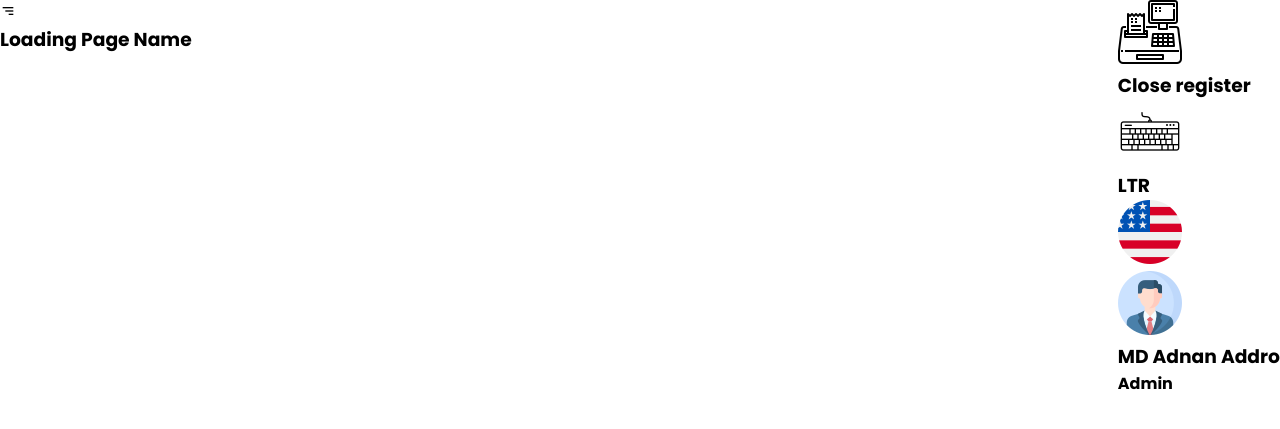
Repository: codebyaddro/pos-navbar
Page: index.html
The author's editor kept a copy of each file at every save. The page is drawn from the files as they stood at one save, then again after a run of saves.
The browser window is 1280 px wide. The pictures show the whole page.

Above is the page before, as saved 2025-02-13 14:35:51.

After the next 4 saves:
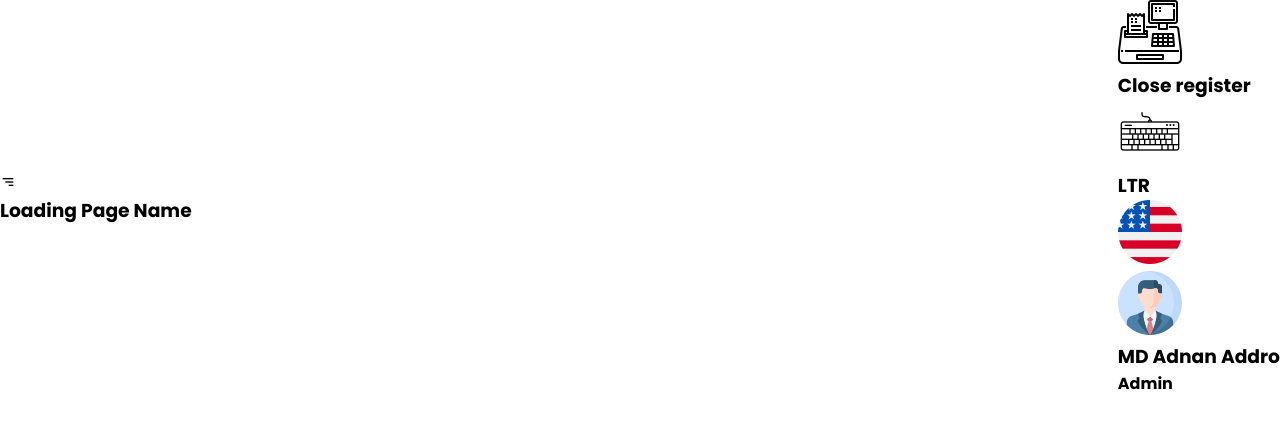
The 4 saves are shown as one change because they came seconds apart.
The last was saved 18 s later.
--- a/css/style.css
+++ b/css/style.css
@@ -40,4 +40,6 @@
 .cba-nav-container {
     display: flex;
     justify-content: space-between;
+    align-items: center;
+    p
 }
